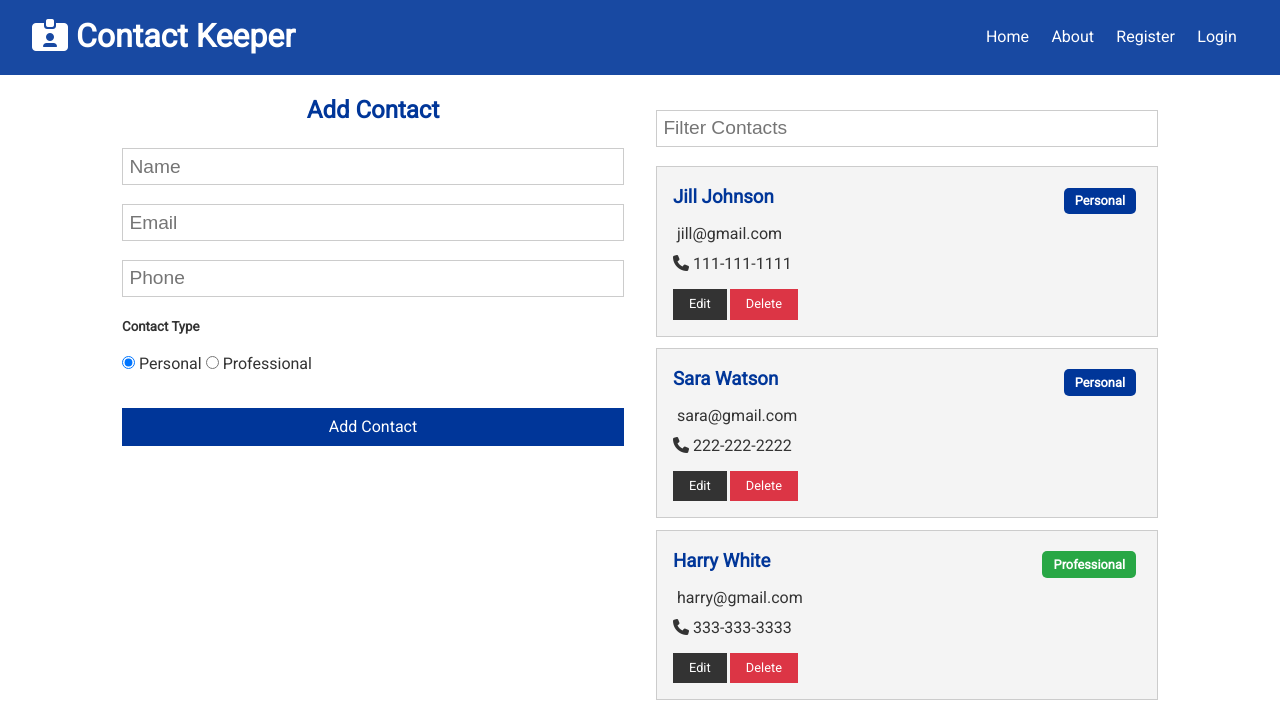
Repository: ntsangani/contact-keeper
Page: / (app in client/)
The author's editor kept a copy of each file at every save. The page is drawn from the files as they stood at one save, then again after the next save.
The browser window is 1280 px wide. The pictures show the whole page.
Some icons come from a web library that is not loaded, so they are not drawn. The page's requests for data from a server got no answer. Some web libraries are served in a nearby version. The project was rebuilt for these pictures with package versions that can differ from the ones it lists, and the page was loaded fresh each time. A package was used in the major version that the imports need, not the one package.json lists. No one was signed in, and anything a server would have sent is missing. Also part of the build but not shown: client/src/components/layout/pages/About.js, client/src/components/auth/Register.js, client/src/components/auth/Login.js, client/src/components/layout/Alerts.js.

Above is the page before, as saved 2020-06-18 17:42:41.

### client/public/index.html
<!DOCTYPE html>
<html lang="en">
  <head>
    <meta charset="utf-8" />
    <link rel="icon" href="%PUBLIC_URL%/favicon.ico" />
    <meta name="viewport" content="width=device-width, initial-scale=1" />
    <meta name="theme-color" content="#000000" />
    <meta
      name="description"
      content="Web site created using create-react-app"
    />
    <link rel="apple-touch-icon" href="%PUBLIC_URL%/logo192.png" />

    <link rel="manifest" href="%PUBLIC_URL%/manifest.json" />
    <script
      src="https://kit.fontawesome.com/2474695be0.js"
      crossorigin="anonymous"
    ></script>
    <title>ContactKeeper | Keep track of your contacts</title>
  </head>
  <body>
    <noscript>You need to enable JavaScript to run this app.</noscript>
    <div id="root"></div>
  </body>
</html>

### client/src/App.js
import React, { Fragment } from "react";
import { BrowserRouter as Router, Route, Switch } from "react-router-dom";
import Navbar from "./components/layout/Navbar";
import Home from "./components/layout/pages/Home";
import About from "./components/layout/pages/About";
import Register from "./components/auth/Register";
import Login from "./components/auth/Login";
import Alerts from "./components/layout/Alerts";

import ContactState from "./context/contact/ContactState";
import AuthState from "./context/auth/AuthState";
import AlertState from "./context/alert/AlertState";
import setAuthToken from "./utils/setAuthToken";

import "./App.css";

if (localStorage.token) {
  setAuthToken(localStorage.token);
}

const App = () => {
  return (
    <AuthState>
      <ContactState>
        <AlertState>
          <Router>
            <Fragment>
              <Navbar />
              <div className="container">
                <Alerts />
                <Switch>
                  <Route exact path="/" component={Home} />
                  <Route exact path="/about" component={About} />
                  <Route exact path="/register" component={Register} />
                  <Route exact path="/login" component={Login} />
                </Switch>
              </div>
            </Fragment>
          </Router>
        </AlertState>
      </ContactState>
    </AuthState>
  );
};

export default App;

### client/src/components/layout/Navbar.js
import React, { Fragment, useContext } from "react";
import PropTypes from "prop-types";
import { Link } from "react-router-dom";
import AuthContext from "../../context/auth/authContext";

const Navbar = ({ title, icon }) => {
  const authContext = useContext(AuthContext);

  const { isAuthenticated, logout, user } = authContext;

  return (
    <div className="navbar bg-primary">
      <h1>
        <i className={icon} /> {title}
      </h1>
      <ul>
        <li>
          <Link to="/">Home</Link>
        </li>
        <li>
          <Link to="/about">About</Link>
        </li>
        <li>
          <Link to="/register">Register</Link>
        </li>
        <li>
          <Link to="/login">Login</Link>
        </li>
      </ul>
    </div>
  );
};

Navbar.propTypes = {
  title: PropTypes.string.isRequired,
  icon: PropTypes.string,
};

Navbar.defaultProps = {
  title: "Contact Keeper",
  icon: "fas fa-id-card-alt",
};
export default Navbar;

### client/src/components/layout/pages/Home.js
import React, { useContext, useEffect } from "react";
import Contacts from "../../contacts/Contacts";
import ContactForm from "../../contacts/ContactForm";
import ContactFilter from "../../contacts/ContactFilter";
import AuthContext from "../../../context/auth/authContext";
const Home = () => {
  const authContext = useContext(AuthContext);

  useEffect(() => {
    authContext.loadUser();
    //eslint-deisabled-next-line
  }, []);

  return (
    <div className="grid-2">
      <div>
        <ContactForm />
      </div>
      <div>
        <ContactFilter />
        <Contacts />
      </div>
    </div>
  );
};

export default Home;

### client/src/context/contact/ContactState.js
import React, { useReducer } from "react";
import { v4 as uuidv4 } from "uuid";
import ContactContext from "./contactContext";
import contactReducer from "./contactReducer";
import {
  ADD_CONTACT,
  DELETE_CONTACT,
  SET_CURRENT,
  CLEAR_CURRENT,
  UPDATE_CONTACT,
  FILTER_CONTACT,
  CLEAR_FILTER,
} from "../types";

const ContactState = (props) => {
  const initialState = {
    contacts: [
      {
        id: 1,
        name: "Jill Johnson",
        email: "jill@gmail.com",
        phone: "111-111-1111",
        type: "personal",
      },
      {
        id: 2,
        name: "Sara Watson",
        email: "sara@gmail.com",
        phone: "222-222-2222",
        type: "personal",
      },
      {
        id: 3,
        name: "Harry White",
        email: "harry@gmail.com",
        phone: "333-333-3333",
        type: "professional",
      },
    ],
    current: null,
    filtered: null,
  };

  const [state, dispatch] = useReducer(contactReducer, initialState);

  //Add Contact
  const addContact = (contact) => {
    contact.id = uuidv4();
    dispatch({ type: ADD_CONTACT, payload: contact });
  };

  //Delete Contact
  const deleteContact = (id) => {
    dispatch({ type: DELETE_CONTACT, payload: id });
  };

  //Set Current Contact
  const setCurrent = (contact) => {
    dispatch({ type: SET_CURRENT, payload: contact });
  };
  //Clear Current Contact
  const clearCurrent = () => {
    dispatch({ type: CLEAR_CURRENT });
  };
  //Update Contact
  const updateContact = (contact) => {
    dispatch({ type: UPDATE_CONTACT, payload: contact });
  };
  //Filter Contacts
  const filterContact = (text) => {
    dispatch({ type: FILTER_CONTACT, payload: text });
  };
  //Clear Filter
  const clearFilter = () => {
    dispatch({ type: CLEAR_FILTER });
  };
  return (
    <ContactContext.Provider
      value={{
        contacts: state.contacts,
        current: state.current,
        filtered: state.filtered,
        addContact,
        deleteContact,
        setCurrent,
        clearCurrent,
        updateContact,
        filterContact,
        clearFilter,
      }}
    >
      {props.children}
    </ContactContext.Provider>
  );
};

export default ContactState;

### client/src/context/alert/AlertState.js
import React, { useReducer } from "react";
import { v4 as uuidv4 } from "uuid";
import AlertContext from "./alertContext";
import AlertReducer from "./alertReducer";
import { SET_ALERT, REMOVE_ALERT } from "../types";

const AlertState = (props) => {
  const initialState = [];

  const [state, dispatch] = useReducer(AlertReducer, initialState);

  // Set Alert
  const setAlert = (msg, type, timeout = 5000) => {
    const id = uuidv4();
    dispatch({
      type: SET_ALERT,
      payload: { msg, type, id },
    });

    setTimeout(() => dispatch({ type: REMOVE_ALERT, payload: id }), timeout);
  };

  return (
    <AlertContext.Provider
      value={{
        alerts: state,
        setAlert,
      }}
    >
      {props.children}
    </AlertContext.Provider>
  );
};

export default AlertState;

### client/src/App.css
@import url("https://fonts.googleapis.com/css?family=Roboto");

/* Global Styles */
:root {
  --primary-color: #003699;
  --dark-color: #333333;
  --light-color: #f4f4f4;
  --danger-color: #dc3545;
  --success-color: #28a745;
}

* {
  box-sizing: border-box;
  margin: 0;
  padding: 0;
}

body {
  font-family: "Roboto", sans-serif;
  font-size: 1rem;
  line-height: 1.6;
  background-color: #fff;
  color: #333;
}

a {
  color: var(--primary-color);
  text-decoration: none;
}

a:hover {
  color: #666;
}

ul {
  list-style: none;
}

img {
  width: 100%;
}

/* Utilities */
.container {
  max-width: 1100px;
  margin: auto;
  overflow: hidden;
  padding: 0 2rem;
}

/* Text Styles*/
.x-large {
  font-size: 4rem;
  line-height: 1.2;
  margin-bottom: 1rem;
}

.large {
  font-size: 3rem;
  line-height: 1.2;
  margin-bottom: 1rem;
}

.lead {
  font-size: 1.5rem;
  margin-bottom: 1rem;
}

.text-center {
  text-align: center;
}

.text-primary {
  color: var(--primary-color);
}

.text-dark {
  color: var(--dark-color);
}

.text-center {
  text-align: center;
}

.text-right {
  text-align: right;
}

.text-left {
  text-align: left;
}

/* Cards */
.card {
  padding: 1rem;
  border: #ccc 1px dotted;
  margin: 0.7rem 0;
}

/* List */
.list {
  margin: 0.5rem 0;
}

.list li {
  padding-bottom: 0.3rem;
}

/* Padding */
.p {
  padding: 0.5rem;
}
.p-1 {
  padding: 1rem;
}
.p-2 {
  padding: 2rem;
}
.p-3 {
  padding: 3rem;
}
.py {
  padding: 0.5rem 0;
}
.py-1 {
  padding: 1rem 0;
}
.py-2 {
  padding: 2rem 0;
}
.py-3 {
  padding: 3rem 0;
}

/* Margin */
.m {
  margin: 0.5rem;
}
.m-1 {
  margin: 1rem;
}
.m-2 {
  margin: 2rem;
}
.m-3 {
  margin: 3rem;
}
.my {
  margin: 0.5rem 0;
}
.my-1 {
  margin: 1rem 0;
}
.my-2 {
  margin: 2rem 0;
}
.my-3 {
  margin: 3rem 0;
}

/* Grid */
.grid-2 {
  display: grid;
  grid-template-columns: repeat(2, 1fr);
  grid-gap: 2rem;
}

.grid-3 {
  display: grid;
  grid-template-columns: repeat(3, 1fr);
  grid-gap: 1rem;
}

.grid-4 {
  display: grid;
  grid-template-columns: repeat(4, 1fr);
  grid-gap: 2rem;
}

.grid-2-3 {
  display: grid;
  grid-template-columns: 2fr 3fr;
  grid-gap: 2rem;
}

.btn {
  display: inline-block;
  background: var(--light-color);
  color: #333;
  padding: 0.4rem 1.3rem;
  font-size: 1rem;
  border: none;
  cursor: pointer;
  margin-right: 0.5rem;
  transition: opacity 0.2s ease-in;
  outline: none;
}

.btn-link {
  background: none;
  padding: 0;
  margin: 0;
}

.btn-block {
  display: block;
  width: 100%;
}

.btn-sm {
  font-size: 0.8rem;
  padding: 0.3rem 1rem;
  margin-right: 0.2rem;
}

.badge {
  font-size: 0.8rem;
  padding: 0.2rem 0.7rem;
  text-align: center;
  margin: 0.3rem;
  background: var(--light-color);
  color: #333;
  border-radius: 5px;
}

.alert {
  padding: 0.7rem;
  margin: 1rem 0;
  opacity: 0.9;
  background: var(--light-color);
  color: #333;
}

.btn-primary,
.bg-primary,
.badge-primary,
.alert-primary {
  background: var(--primary-color);
  color: #fff;
}

.btn-light,
.bg-light,
.badge-light,
.alert-light {
  background: var(--light-color);
  color: #333;
}

.btn-dark,
.bg-dark,
.badge-dark,
.alert-dark {
  background: var(--dark-color);
  color: #fff;
}

.btn-danger,
.bg-danger,
.badge-danger,
.alert-danger {
  background: var(--danger-color);
  color: #fff;
}

.btn-success,
.bg-success,
.badge-success,
.alert-success {
  background: var(--success-color);
  color: #fff;
}

.btn-white,
.bg-white,
.badge-white,
.alert-white {
  background: #fff;
  color: #333;
  border: #ccc solid 1px;
}

.btn:hover {
  opacity: 0.8;
}

.bg-light,
.badge-light {
  border: #ccc solid 1px;
}

.round-img {
  border-radius: 50%;
}

/* Forms */
input {
  margin: 1.2rem 0;
}

.form-text {
  display: block;
  margin-top: 0.3rem;
  color: #888;
}

input[type="text"],
input[type="email"],
input[type="password"],
input[type="date"],
select,
textarea {
  display: block;
  width: 100%;
  padding: 0.4rem;
  font-size: 1.2rem;
  border: 1px solid #ccc;
}

input[type="submit"],
button {
  font: inherit;
}

.form-group {
  margin: 1.2rem 0;
}

.form-group input {
  margin: 0.2rem 0;
}

.form-container {
  max-width: 500px;
  margin: 2rem auto;
  overflow: hidden;
  padding: 0 2rem;
}

.form-container h1,
h2,
h3 {
  text-align: center;
}

table th,
table td {
  padding: 1rem;
  text-align: left;
}

table th {
  background: var(--light-color);
}

/* Navbar */
.navbar {
  display: flex;
  justify-content: space-between;
  align-items: center;
  padding: 0.7rem 2rem;
  z-index: 1;
  width: 100%;
  border-bottom: solid 1px var(--primary-color);
  opacity: 0.9;
  margin-bottom: 1rem;
}

.navbar ul {
  display: flex;
}

.navbar a {
  color: #fff;
  padding: 0.45rem;
  margin: 0 0.25rem;
}

.navbar a:hover {
  color: var(--light-color);
}

.navbar .welcome span {
  margin-right: 0.6rem;
}

/* Animation (Add After) */

.item-enter {
  opacity: 0;
}
.item-enter-active {
  opacity: 1;
  transition: opacity 1000ms ease-in;
}
.item-exit {
  opacity: 1;
}
.item-exit-active {
  opacity: 0;
  transition: opacity 1000ms ease-in;
}

/* Mobile Styles */
@media (max-width: 700px) {
  .hide-sm {
    display: none;
  }

  .grid-2,
  .grid-3,
  .grid-4 {
    grid-template-columns: 1fr;
  }

  /* Text Styles */
  .x-large {
    font-size: 3rem;
  }

  .large {
    font-size: 2rem;
  }

  .lead {
    font-size: 1rem;
  }

  /* Navbar */
  .navbar {
    display: block;
    text-align: center;
  }

  .navbar h1 {
    margin-bottom: 0.6rem;
  }

  .navbar ul {
    text-align: center;
    justify-content: center;
  }
}

### client/src/components/contacts/Contacts.js
import React, { Fragment, useContext } from "react";
import { CSSTransition, TransitionGroup } from "react-transition-group";
import ContactItem from "./ContactItem";
import ContactContext from "../../context/contact/contactContext";

const Contacts = () => {
  const contactContext = useContext(ContactContext);

  const { contacts, filtered } = contactContext;

  if (contacts.length === 0) {
    return <h4>Please add a contact</h4>;
  }

  return (
    <Fragment>
      <TransitionGroup>
        {filtered !== null
          ? filtered.map((contact) => (
              <CSSTransition key={contact.id} timeout={500} classNames="item">
                <ContactItem contact={contact} />
              </CSSTransition>
            ))
          : contacts.map((contact) => (
              <CSSTransition key={contact.id} timeout={500} classNames="item">
                <ContactItem contact={contact} />
              </CSSTransition>
            ))}
      </TransitionGroup>
    </Fragment>
  );
};

export default Contacts;

### client/src/components/contacts/ContactForm.js
import React, { useState, useContext, useEffect } from "react";
import ContactContext from "../../context/contact/contactContext";

const ContactForm = () => {
  const contactContext = useContext(ContactContext);

  const { addContact, updateContact, clearCurrent, current } = contactContext;

  useEffect(() => {
    if (current !== null) {
      setContact(current);
    } else {
      setContact({
        name: "",
        email: "",
        phone: "",
        type: "personal",
      });
    }
  }, [contactContext, current]);

  const [contact, setContact] = useState({
    name: "",
    email: "",
    phone: "",
    type: "personal",
  });

  const { name, email, phone, type } = contact;

  const onChange = (e) =>
    setContact({ ...contact, [e.target.name]: e.target.value });

  const onSubmit = (e) => {
    e.preventDefault();
    if (current === null) {
      addContact(contact);
    } else {
      updateContact(contact);
    }
    clearAll();
  };

  const clearAll = () => {
    clearCurrent();
  };

  return (
    <form onSubmit={onSubmit}>
      <h2 className="text-primary">
        {current ? "Edit Contact" : "Add Contact"}
      </h2>
      <input
        type="text"
        placeholder="Name"
        name="name"
        value={name}
        onChange={onChange}
      />
      <input
        type="email"
        placeholder="Email"
        name="email"
        value={email}
        onChange={onChange}
      />
      <input
        type="text"
        placeholder="Phone"
        name="phone"
        value={phone}
        onChange={onChange}
      />
      <h5>Contact Type</h5>
      <input
        type="radio"
        name="type"
        value="personal"
        checked={type === "personal"}
        onChange={onChange}
      />{" "}
      Personal{" "}
      <input
        type="radio"
        name="type"
        value="professional"
        checked={type === "professional"}
        onChange={onChange}
      />{" "}
      Professional
      <div>
        <input
          type="submit"
          value={current ? "Update Contact" : "Add Contact"}
          className="btn btn-primary btn-block "
        />
      </div>
      {current && (
        <div>
          <button className="btn btn-light btn-block" onClick={clearAll}>
            Clear
          </button>
        </div>
      )}
    </form>
  );
};

export default ContactForm;

### client/src/components/contacts/ContactFilter.js
import React, { useContext, useRef, useEffect } from "react";
import ContactContext from "../../context/contact/contactContext";

const ContactFilter = () => {
  const contactContext = useContext(ContactContext);
  const text = useRef("");

  const { filterContact, clearFilter, filtered } = contactContext;

  useEffect(() => {
    if (filtered === null) {
      text.current.value = "";
    }
  });

  const onChange = (e) => {
    if (text.current.value !== "") {
      filterContact(e.target.value);
    } else {
      clearFilter();
    }
  };

  return (
    <form>
      <input
        ref={text}
        type="text"
        placeholder="Filter Contacts"
        onChange={onChange}
      />
    </form>
  );
};

export default ContactFilter;

### client/src/context/contact/contactReducer.js
import {
  ADD_CONTACT,
  DELETE_CONTACT,
  SET_CURRENT,
  CLEAR_CURRENT,
  UPDATE_CONTACT,
  FILTER_CONTACT,
  CLEAR_FILTER,
} from "../types";

export default (state, action) => {
  switch (action.type) {
    case ADD_CONTACT:
      return {
        ...state,
        contacts: [...state.contacts, action.payload],
      };
    case UPDATE_CONTACT:
      return {
        ...state,
        contacts: state.contacts.map((contact) =>
          contact.id === action.payload.id ? action.payload : contact
        ),
      };
    case DELETE_CONTACT:
      return {
        ...state,
        contacts: state.contacts.filter(
          (contact) => contact.id !== action.payload
        ),
      };
    case SET_CURRENT:
      return {
        ...state,
        current: action.payload,
      };
    case CLEAR_CURRENT:
      return {
        ...state,
        current: null,
      };
    case FILTER_CONTACT:
      return {
        ...state,
        filtered: state.contacts.filter((contact) => {
          const regex = new RegExp(`${action.payload}`, "gi");
          return contact.name.match(regex) || contact.email.match(regex);
        }),
      };
    case CLEAR_FILTER:
      return {
        ...state,
        filtered: null,
      };
    default:
      return state;
  }
};

### client/src/context/types.js
export const ADD_CONTACT = "ADD_CONTACT";
export const DELETE_CONTACT = "DELETE_CONTACT";
export const SET_CURRENT = "SET_CURRENT";
export const CLEAR_CURRENT = "CLEAR_CURRENT";
export const UPDATE_CONTACT = "UPDATE_CONTACT";
export const FILTER_CONTACT = "FILTER_CONTACT";
export const CLEAR_FILTER = "CLEAR_FILTER";
export const SET_ALERT = "SET_ALERT";
export const REMOVE_ALERT = "REMOVE_ALERT";
export const REGISTER_SUCCESS = "REGISTER_SUCCESS";
export const REGISTER_FAIL = "REGISTER_FAIL";
export const USER_LOADED = "USER_LOADED";
export const AUTH_ERROR = "AUTH_ERROR";
export const LOGIN_SUCCESS = "LOGIN_SUCCESS";
export const LOGIN_FAIL = "LOGIN_FAIL";
export const LOGOUT = "LOGOUT";
export const CLEAR_ERRORS = "CLEAR_ERRORS";

### client/src/context/auth/authReducer.js
import {
  REGISTER_SUCCESS,
  REGISTER_FAIL,
  USER_LOADED,
  AUTH_ERROR,
  LOGIN_SUCCESS,
  LOGIN_FAIL,
  LOGOUT,
  CLEAR_ERRORS,
} from "../types";

export default (state, action) => {
  switch (action.type) {
    case USER_LOADED:
      return {
        ...state,
        isAuthenticated: true,
        loading: false,
        user: action.payload,
      };

    case REGISTER_SUCCESS:
    case LOGIN_SUCCESS:
      localStorage.setItem("token", action.payload.token);
      return {
        ...state,
        ...action.payload,
        isAuthenticated: true,
        loading: false,
      };
    case REGISTER_FAIL:
    case AUTH_ERROR:
    case LOGIN_FAIL:
    case LOGOUT:
      localStorage.removeItem("token");
      return {
        ...state,
        token: null,
        isAuthenticated: false,
        loading: false,
        user: null,
        error: action.payload,
      };
    case CLEAR_ERRORS:
      return {
        ...state,
        error: null,
      };
    default:
      return state;
  }
};

### client/src/components/contacts/ContactItem.js
import React, { useContext } from "react";
import PropTypes from "prop-types";
import ContactContext from "../../context/contact/contactContext";

const ContactItem = ({ contact }) => {
  const contactContext = useContext(ContactContext);
  const { deleteContact, setCurrent, clearCurrent } = contactContext;

  const { id, name, email, phone, type } = contact;

  const onDelete = () => {
    deleteContact(id);
    clearCurrent();
  };

  return (
    <div className="card bg-light">
      <h3 className="text-primary text-left">
        {name}{" "}
        <span
          style={{ float: "right" }}
          className={
            "badge " +
            (type === "professional" ? "badge-success" : "badge-primary")
          }
        >
          {type.charAt(0).toUpperCase() + type.slice(1)}
        </span>
      </h3>
      <ul className="list">
        {email && (
          <li>
            <i className="fas fa-enveloped-open"></i> {email}
          </li>
        )}
        {phone && (
          <li>
            <i className="fas fa-phone" /> {phone}
          </li>
        )}
      </ul>
      <p>
        <button
          className="btn btn-dark btn-sm"
          onClick={() => setCurrent(contact)}
        >
          Edit
        </button>
        <button className="btn btn-danger btn-sm" onClick={onDelete}>
          Delete
        </button>
      </p>
    </div>
  );
};

ContactItem.propTypes = {
  contact: PropTypes.object.isRequired,
};
export default ContactItem;

Loaded but not shown: client/src/index.js (common file); client/src/utils/setAuthToken.js (common file); client/src/context/auth/authContext.js (common file); client/src/context/alert/alertContext.js (common file); client/src/context/contact/contactContext.js (common file); client/src/context/alert/alertReducer.js (common file); client/src/context/auth/AuthState.js (123 lines, source omitted)

After the next save:
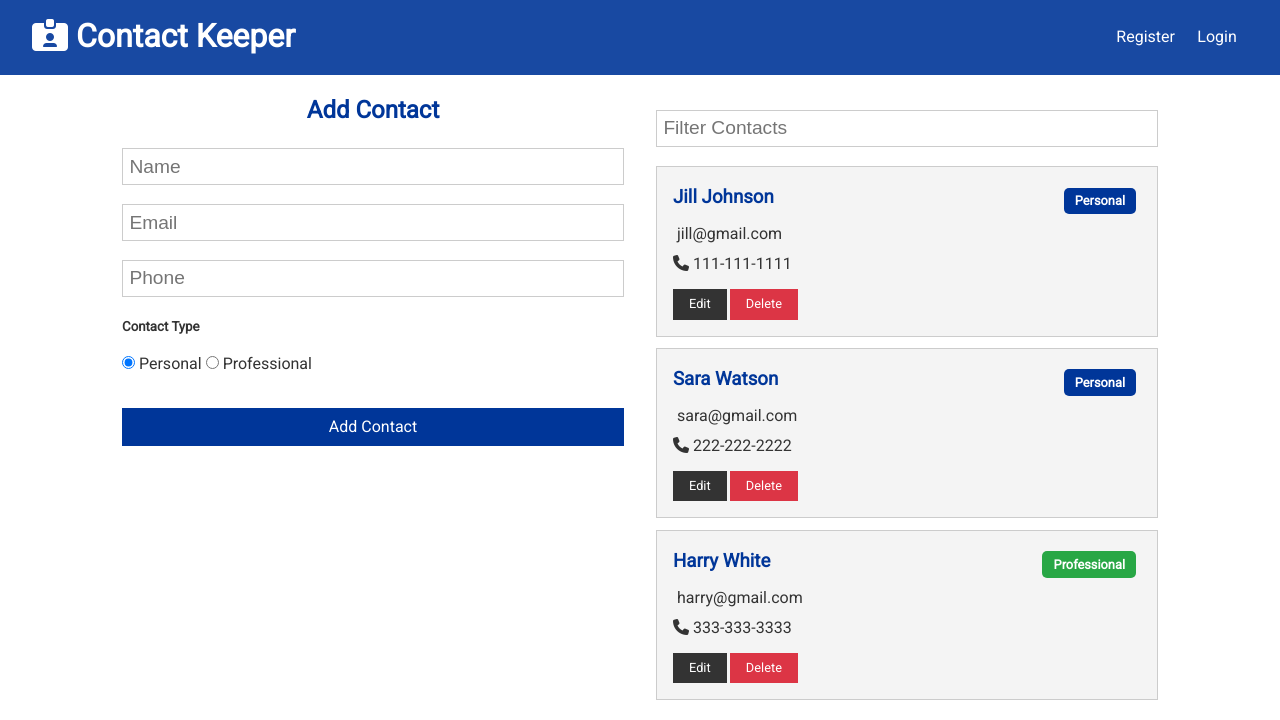
Saved 7 min 41 s later.
--- a/client/src/components/layout/Navbar.js
+++ b/client/src/components/layout/Navbar.js
@@ -8,25 +8,35 @@ const Navbar = ({ title, icon }) => {
 
   const { isAuthenticated, logout, user } = authContext;
 
+  const authLinks = (
+    <Fragment>
+      <li>Hello {user && user.name}</li>
+      <li>
+        <a href="#!">
+          <i className="fas fa-sign-out-alt"></i>{" "}
+          <span className="hide-sm">Logout</span>
+        </a>
+      </li>
+    </Fragment>
+  );
+
+  const guestLinks = (
+    <Fragment>
+      <li>
+        <Link to="/register">Register</Link>
+      </li>
+      <li>
+        <Link to="/login">Login</Link>
+      </li>
+    </Fragment>
+  );
+
   return (
     <div className="navbar bg-primary">
       <h1>
         <i className={icon} /> {title}
       </h1>
-      <ul>
-        <li>
-          <Link to="/">Home</Link>
-        </li>
-        <li>
-          <Link to="/about">About</Link>
-        </li>
-        <li>
-          <Link to="/register">Register</Link>
-        </li>
-        <li>
-          <Link to="/login">Login</Link>
-        </li>
-      </ul>
+      <ul>{isAuthenticated ? authLinks : guestLinks}</ul>
     </div>
   );
 };
